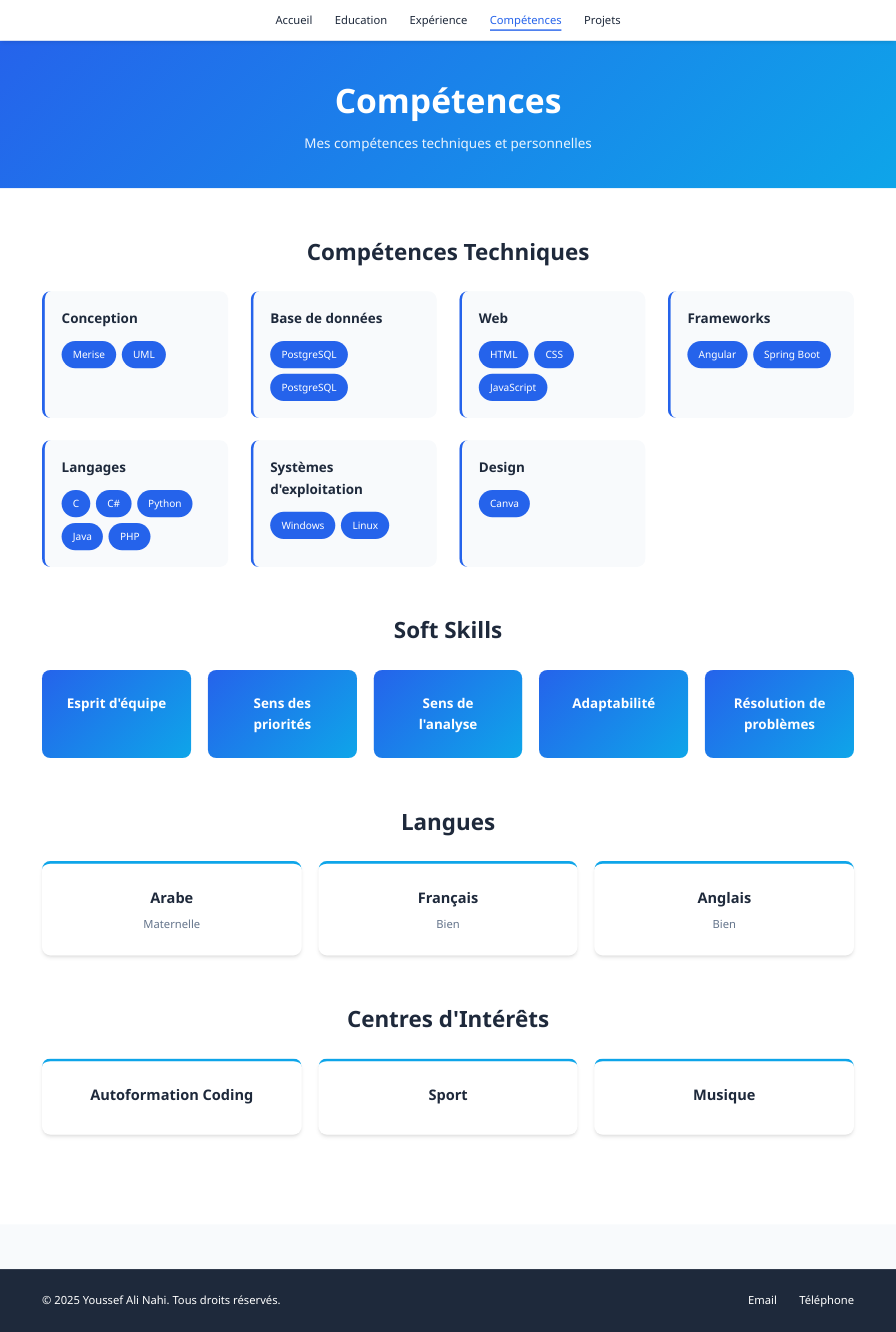
Repository: Youssef-Nahi504/My_Portfolio
Page: competences.html
The author's editor kept a copy of each file at every save. The page is drawn from the files as they stood at one save, then again after the next save.
The browser window is 1280 px wide. The pictures show the whole page, at 70% of full size.

Above is the page before, as saved 2025-12-19 16:15:22.

### competences.html
<!DOCTYPE html>
<html lang="fr">
<head>
    <meta charset="UTF-8">
    <meta name="viewport" content="width=device-width, initial-scale=1.0">
    <title>Compétences - Youssef Ali Nahi</title>
    <link rel="stylesheet" href="style.css">
</head>
<body>
    <nav class="navbar">
        <div class="nav-container">
            <ul class="nav-menu">
                <li><a href="index.html">Accueil</a></li>
                <li><a href="Education.html" >Education</a></li>
                <li><a href="experience.html">Expérience</a></li>
                <li><a href="competences.html" class="active">Compétences</a></li>
                <li><a href="projets.html">Projets</a></li>
            </ul>
            <div class="hamburger">
                <span></span>
                <span></span>
                <span></span>
            </div>
        </div>
    </nav>

    <main>
        <section class="page-header">
            <div class="container">
                <h1>Compétences</h1>
                <p>Mes compétences techniques et personnelles</p>
            </div>
        </section>

        <section class="skills-section">
            <div class="container">
                <div class="skills-category">
                    <h2 class="category-title">Compétences Techniques</h2>
                    <div class="skills-grid">
                        <div class="skill-group">
                            <h3>Conception</h3>
                            <div class="skill-tags">
                                <span class="skill-tag">Merise</span>
                                <span class="skill-tag">UML</span>
                            </div>
                        </div>
                        <div class="skill-group">
                            <h3>Base de données</h3>
                            <div class="skill-tags">
                                <span class="skill-tag">PostgreSQL</span>
                                <span class="skill-tag">PostgreSQL</span>
                            </div>
                        </div>
                        <div class="skill-group">
                            <h3>Web</h3>
                            <div class="skill-tags">
                                <span class="skill-tag">HTML</span>
                                <span class="skill-tag">CSS</span>
                                <span class="skill-tag">JavaScript</span>
                            </div>
                        </div>
                        <div class="skill-group">
                            <h3>Frameworks</h3>
                            <div class="skill-tags">
                                <span class="skill-tag">Angular</span>
                                <span class="skill-tag">Spring Boot</span>
                            </div>
                        </div>
                        <div class="skill-group">
                            <h3>Langages</h3>
                            <div class="skill-tags">
                                <span class="skill-tag">C</span>
                                <span class="skill-tag">C#</span>
                                <span class="skill-tag">Python</span>
                                <span class="skill-tag">Java</span>
                                <span class="skill-tag">PHP</span>
                            </div>
                        </div>
                        <div class="skill-group">
                            <h3>Systèmes d'exploitation</h3>
                            <div class="skill-tags">
                                <span class="skill-tag">Windows</span>
                                <span class="skill-tag">Linux</span>
                            </div>
                        </div>
                        <div class="skill-group">
                            <h3>Design</h3>
                            <div class="skill-tags">
                                <span class="skill-tag">Canva</span>
                            </div>
                        </div>
                    </div>
                </div>

                <div class="skills-category">
                    <h2 class="category-title">Soft Skills</h2>
                    <div class="soft-skills-grid">
                        <div class="soft-skill-card">
                            <h3>Esprit d'équipe</h3>
                        </div>
                        <div class="soft-skill-card">
                            <h3>Sens des priorités</h3>
                        </div>
                        <div class="soft-skill-card">
                            <h3>Sens de l'analyse</h3>
                        </div>
                        <div class="soft-skill-card">
                            <h3>Adaptabilité</h3>
                        </div>
                        <div class="soft-skill-card">
                            <h3>Résolution de problèmes</h3>
                        </div>
                    </div>
                </div>

                <div class="skills-category">
                    <h2 class="category-title">Langues</h2>
                    <div class="languages-grid">
                        <div class="language-card">
                            <h3>Arabe</h3>
                            <p>Maternelle</p>
                        </div>
                        <div class="language-card">
                            <h3>Français</h3>
                            <p>Bien</p>
                        </div>
                        <div class="language-card">
                            <h3>Anglais</h3>
                            <p>Bien</p>
                        </div>
                    </div>
                </div>

                <div class="skills-category">
                    <h2 class="category-title">Centres d'Intérêts</h2>
                    <div class="interests-grid">
                        <div class="interest-card">
                            <h3>Autoformation Coding</h3>
                        </div>
                        <div class="interest-card">
                            <h3>Sport</h3>
                        </div>
                        <div class="interest-card">
                            <h3>Musique</h3>
                        </div>
                    </div>
                </div>
            </div>
        </section>
    </main>

    <footer>
        <div class="container">
            <p>&copy; 2025 Youssef Ali Nahi. Tous droits réservés.</p>
            <div class="footer-links">
                <a href="mailto:nahiyoussef02@gmail.com">Email</a>
                <a href="tel:+212619303473">Téléphone</a>
            </div>
        </div>
    </footer>

    <script src="file.js"></script>
</body>
</html>

### style.css
* {
    margin: 0;
    padding: 0;
    box-sizing: border-box;
}

:root {
    --primary-color: #2563eb;
    --primary-dark: #1e40af;
    --secondary-color: #64748b;
    --accent-color: #0ea5e9;
    --text-dark: #1e293b;
    --text-light: #64748b;
    --bg-light: #f8fafc;
    --bg-white: #ffffff;
    --border-color: #e2e8f0;
    --shadow: 0 4px 6px -1px rgba(0, 0, 0, 0.1), 0 2px 4px -1px rgba(0, 0, 0, 0.06);
    --shadow-lg: 0 10px 15px -3px rgba(0, 0, 0, 0.1), 0 4px 6px -2px rgba(0, 0, 0, 0.05);
}

body {
    font-family: 'Segoe UI', Tahoma, Geneva, Verdana, sans-serif;
    line-height: 1.6;
    color: var(--text-dark);
    background-color: var(--bg-light);
}

.container {
    max-width: 1200px;
    margin: 0 auto;
    padding: 0 20px;
}

/* Navigation */
.navbar {
    background: var(--bg-white);
    box-shadow: var(--shadow);
    position: sticky;
    top: 0;
    z-index: 1000;
    padding: 1rem 0;
}

.nav-container {
    max-width: 1200px;
    margin: 0 auto;
    padding: 0 20px;
    display: flex;
  justify-content: center; /* horizontal */
  align-items: center;
}

.logo {
    font-size: 1.5rem;
    font-weight: bold;
    color: var(--primary-color);
    letter-spacing: 2px;
}

.nav-menu {
    display: flex;
    list-style: none;
    gap: 2rem;
}

.nav-menu a {
    text-decoration: none;
    color: var(--text-dark);
    font-weight: 500;
    transition: color 0.3s ease;
    position: relative;
}

.nav-menu a:hover,
.nav-menu a.active {
    color: var(--primary-color);
}

.nav-menu a.active::after {
    content: '';
    position: absolute;
    bottom: -5px;
    left: 0;
    width: 100%;
    height: 2px;
    background: var(--primary-color);
}

.hamburger {
    display: none;
    flex-direction: column;
    cursor: pointer;
    gap: 4px;
}

.hamburger span {
    width: 25px;
    height: 3px;
    background: var(--text-dark);
    transition: all 0.3s ease;
}

/* Hero Section */
.hero {
    background: linear-gradient(135deg, var(--primary-color) 0%, var(--accent-color) 100%);
    color: white;
    padding: 4rem 0;
    min-height: 80vh;
    display: flex;
    align-items: center;
}

.hero-content {
    max-width: 1200px;
    margin: 0 auto;
    padding: 0 20px;
    display: grid;
    grid-template-columns: 1fr 1fr;
    gap: 3rem;
    align-items: center;
}

.hero-text h1 {
    font-size: 3rem;
    margin-bottom: 0.5rem;
    font-weight: 700;
}

.hero-text h2 {
    font-size: 1.5rem;
    margin-bottom: 1.5rem;
    opacity: 0.9;
    font-weight: 400;
}

.hero-subtitle {
    font-size: 1.1rem;
    margin-bottom: 2rem;
    opacity: 0.95;
    line-height: 1.8;
}

.hero-buttons {
    display: flex;
    gap: 1rem;
    flex-wrap: wrap;
}

.btn {
    padding: 0.75rem 2rem;
    border-radius: 8px;
    text-decoration: none;
    font-weight: 600;
    transition: all 0.3s ease;
    display: inline-block;
}

.btn-primary {
    background: white;
    color: var(--primary-color);
}

.btn-primary:hover {
    transform: translateY(-2px);
    box-shadow: var(--shadow-lg);
}

.btn-secondary {
    background: transparent;
    color: white;
    border: 2px solid white;
}

.btn-secondary:hover {
    background: white;
    color: var(--primary-color);
}

.profile-card {
    background: rgba(255, 255, 255, 0.1);
    backdrop-filter: blur(10px);
    border-radius: 16px;
    padding: 2rem;
    border: 1px solid rgba(255, 255, 255, 0.2);
}

.profile-info p {
    margin-bottom: 1rem;
    font-size: 1rem;
}

.profile-info strong {
    display: inline-block;
    width: 140px;
}

/* About Section */
.about {
    padding: 4rem 0;
    background: var(--bg-white);
}

.section-title {
    font-size: 2.5rem;
    margin-bottom: 2rem;
    text-align: center;
    color: var(--text-dark);
}

.about-content {
    max-width: 800px;
    margin: 0 auto 3rem;
    text-align: center;
}

.about-content p {
    font-size: 1.1rem;
    color: var(--text-light);
    margin-bottom: 1.5rem;
    line-height: 1.8;
}

.quick-links {
    display: grid;
    grid-template-columns: repeat(auto-fit, minmax(250px, 1fr));
    gap: 2rem;
    margin-top: 3rem;
}

.quick-link-card {
    background: var(--bg-white);
    padding: 2rem;
    border-radius: 12px;
    text-decoration: none;
    color: var(--text-dark);
    box-shadow: var(--shadow);
    transition: all 0.3s ease;
    border: 2px solid transparent;
}

.quick-link-card:hover {
    transform: translateY(-5px);
    box-shadow: var(--shadow-lg);
    border-color: var(--primary-color);
}

.quick-link-card h3 {
    color: var(--primary-color);
    margin-bottom: 0.5rem;
    font-size: 1.5rem;
}

.quick-link-card p {
    color: var(--text-light);
}

/* Page Header */
.page-header {
    background: linear-gradient(135deg, var(--primary-color) 0%, var(--accent-color) 100%);
    color: white;
    padding: 3rem 0;
    text-align: center;
}

.page-header h1 {
    font-size: 3rem;
    margin-bottom: 0.5rem;
}

.page-header p {
    font-size: 1.2rem;
    opacity: 0.9;
}

/* Experience Section */
.experience-section {
    padding: 4rem 0;
    background: var(--bg-white);
}

.timeline {
    position: relative;
    max-width: 900px;
    margin: 0 auto;
    padding: 2rem 0;
}

.timeline::before {
    content: '';
    position: absolute;
    left: 30px;
    top: 0;
    bottom: 0;
    width: 2px;
    background: var(--border-color);
}

.timeline-item {
    position: relative;
    margin-bottom: 3rem;
    padding-left: 80px;
}

.timeline-marker {
    position: absolute;
    left: 22px;
    top: 0;
    width: 16px;
    height: 16px;
    border-radius: 50%;
    background: var(--primary-color);
    border: 4px solid var(--bg-white);
    box-shadow: var(--shadow);
}

.timeline-content {
    background: var(--bg-white);
    padding: 2rem;
    border-radius: 12px;
    box-shadow: var(--shadow);
    transition: all 0.3s ease;
}

.timeline-content:hover {
    box-shadow: var(--shadow-lg);
    transform: translateX(5px);
}

.timeline-date {
    color: var(--primary-color);
    font-weight: 600;
    margin-bottom: 0.5rem;
    font-size: 0.9rem;
}

.timeline-content h3 {
    color: var(--text-dark);
    margin-bottom: 0.25rem;
    font-size: 1.5rem;
}

.timeline-content h4 {
    color: var(--text-light);
    margin-bottom: 1rem;
    font-weight: 500;
}

.timeline-content ul {
    list-style: none;
    padding-left: 0;
}

.timeline-content li {
    padding-left: 1.5rem;
    position: relative;
    margin-bottom: 0.5rem;
    color: var(--text-light);
}

.timeline-content li::before {
    content: '▸';
    position: absolute;
    left: 0;
    color: var(--primary-color);
}

/* Education Section */
.education-section {
    padding: 4rem 0;
    background: var(--bg-light);
}

.education-grid {
    display: grid;
    grid-template-columns: repeat(auto-fit, minmax(300px, 1fr));
    gap: 2rem;
    max-width: 900px;
    margin: 0 auto;
}

.education-card {
    background: var(--bg-white);
    padding: 2rem;
    border-radius: 12px;
    box-shadow: var(--shadow);
    transition: all 0.3s ease;
    border-top: 4px solid var(--primary-color);
}

.education-card:hover {
    transform: translateY(-5px);
    box-shadow: var(--shadow-lg);
}

.education-year {
    color: var(--primary-color);
    font-weight: 600;
    margin-bottom: 1rem;
    font-size: 0.9rem;
}

.education-card h3 {
    color: var(--text-dark);
    margin-bottom: 0.5rem;
    font-size: 1.3rem;
}

.education-card h4 {
    color: var(--text-light);
    margin-bottom: 1rem;
    font-weight: 500;
}

.education-institution {
    color: var(--text-light);
    font-style: italic;
}

/* Skills Section */
.skills-section {
    padding: 4rem 0;
    background: var(--bg-white);
}

.skills-category {
    margin-bottom: 4rem;
}

.category-title {
    font-size: 2rem;
    margin-bottom: 2rem;
    color: var(--text-dark);
    text-align: center;
}

.skills-grid {
    display: grid;
    grid-template-columns: repeat(auto-fit, minmax(250px, 1fr));
    gap: 2rem;
}

.skill-group {
    background: var(--bg-light);
    padding: 1.5rem;
    border-radius: 12px;
    border-left: 4px solid var(--primary-color);
}

.skill-group h3 {
    color: var(--text-dark);
    margin-bottom: 1rem;
    font-size: 1.2rem;
}

.skill-tags {
    display: flex;
    flex-wrap: wrap;
    gap: 0.5rem;
}

.skill-tag {
    background: var(--primary-color);
    color: white;
    padding: 0.5rem 1rem;
    border-radius: 20px;
    font-size: 0.9rem;
    font-weight: 500;
}

.soft-skills-grid {
    display: grid;
    grid-template-columns: repeat(auto-fit, minmax(200px, 1fr));
    gap: 1.5rem;
}

.soft-skill-card {
    background: linear-gradient(135deg, var(--primary-color) 0%, var(--accent-color) 100%);
    color: white;
    padding: 2rem;
    border-radius: 12px;
    text-align: center;
    transition: all 0.3s ease;
}

.soft-skill-card:hover {
    transform: translateY(-5px);
    box-shadow: var(--shadow-lg);
}

.soft-skill-card h3 {
    font-size: 1.2rem;
}

.languages-grid,
.interests-grid {
    display: grid;
    grid-template-columns: repeat(auto-fit, minmax(200px, 1fr));
    gap: 1.5rem;
}

.language-card,
.interest-card {
    background: var(--bg-white);
    padding: 2rem;
    border-radius: 12px;
    box-shadow: var(--shadow);
    text-align: center;
    transition: all 0.3s ease;
    border-top: 4px solid var(--accent-color);
}

.language-card:hover,
.interest-card:hover {
    transform: translateY(-5px);
    box-shadow: var(--shadow-lg);
}

.language-card h3,
.interest-card h3 {
    color: var(--text-dark);
    margin-bottom: 0.5rem;
    font-size: 1.3rem;
}

.language-card p {
    color: var(--text-light);
    font-weight: 500;
}

/* Projects Section */
.projects-section {
    padding: 4rem 0;
    background: var(--bg-white);
}

.projects-grid {
    display: grid;
    grid-template-columns: repeat(auto-fit, minmax(300px, 1fr));
    gap: 2rem;
}

.project-card {
    background: var(--bg-white);
    padding: 2rem;
    border-radius: 12px;
    box-shadow: var(--shadow);
    transition: all 0.3s ease;
    border-top: 4px solid var(--primary-color);
}

.project-card:hover {
    transform: translateY(-5px);
    box-shadow: var(--shadow-lg);
}

.project-icon {
    font-size: 3rem;
    margin-bottom: 1rem;
}

.project-card h3 {
    color: var(--text-dark);
    margin-bottom: 0.75rem;
    font-size: 1.4rem;
}

.project-tech {
    color: var(--primary-color);
    font-weight: 600;
    margin-bottom: 1rem;
    font-size: 0.9rem;
}

.project-description {
    color: var(--text-light);
    line-height: 1.7;
}

/* Footer */
footer {
    background: var(--text-dark);
    color: white;
    padding: 2rem 0;
    margin-top: 4rem;
}

footer .container {
    display: flex;
    justify-content: space-between;
    align-items: center;
    flex-wrap: wrap;
    gap: 1rem;
}

.footer-links {
    display: flex;
    gap: 2rem;
}

.footer-links a {
    color: white;
    text-decoration: none;
    transition: color 0.3s ease;
}

.footer-links a:hover {
    color: var(--accent-color);
}

/* Responsive Design */
@media (max-width: 768px) {
    .hamburger {
        display: flex;
    }

    .nav-menu {
        position: fixed;
        left: -100%;
        top: 70px;
        flex-direction: column;
        background: var(--bg-white);
        width: 100%;
        text-align: center;
        transition: 0.3s;
        box-shadow: var(--shadow);
        padding: 2rem 0;
        gap: 0;
    }

    .nav-menu.active {
        left: 0;
    }

    .nav-menu li {
        margin: 1rem 0;
    }

    .hero-content {
        grid-template-columns: 1fr;
        text-align: center;
    }

    .hero-text h1 {
        font-size: 2rem;
    }

    .hero-text h2 {
        font-size: 1.2rem;
    }

    .section-title {
        font-size: 2rem;
    }

    .page-header h1 {
        font-size: 2rem;
    }

    .timeline::before {
        left: 15px;
    }

    .timeline-item {
        padding-left: 50px;
    }

    .timeline-marker {
        left: 7px;
    }

    .quick-links {
        grid-template-columns: 1fr;
    }

    footer .container {
        flex-direction: column;
        text-align: center;
    }
}

@media (max-width: 480px) {
    .hero {
        padding: 2rem 0;
        min-height: auto;
    }

    .hero-text h1 {
        font-size: 1.5rem;
    }

    .btn {
        padding: 0.6rem 1.5rem;
        font-size: 0.9rem;
    }

    .projects-grid,
    .education-grid {
        grid-template-columns: 1fr;
    }
}

### file.js
// Mobile Navigation Toggle
const hamburger = document.querySelector('.hamburger');
const navMenu = document.querySelector('.nav-menu');

if (hamburger && navMenu) {
    hamburger.addEventListener('click', () => {
        navMenu.classList.toggle('active');

        // Animate hamburger
        const spans = hamburger.querySelectorAll('span');
        if (navMenu.classList.contains('active')) {
            spans[0].style.transform = 'rotate(45deg) translate(5px, 5px)';
            spans[1].style.opacity = '0';
            spans[2].style.transform = 'rotate(-45deg) translate(7px, -6px)';
        } else {
            spans[0].style.transform = 'none';
            spans[1].style.opacity = '1';
            spans[2].style.transform = 'none';
        }
    });

    // Close menu when clicking on a link
    document.querySelectorAll('.nav-menu a').forEach(link => {
        link.addEventListener('click', () => {
            navMenu.classList.remove('active');
            const spans = hamburger.querySelectorAll('span');
            spans[0].style.transform = 'none';
            spans[1].style.opacity = '1';
            spans[2].style.transform = 'none';
        });
    });

    // Close menu when clicking outside
    document.addEventListener('click', (e) => {
        if (!hamburger.contains(e.target) && !navMenu.contains(e.target)) {
            navMenu.classList.remove('active');
            const spans = hamburger.querySelectorAll('span');
            spans[0].style.transform = 'none';
            spans[1].style.opacity = '1';
            spans[2].style.transform = 'none';
        }
    });
}

// Smooth scroll for anchor links
document.querySelectorAll('a[href^="#"]').forEach(anchor => {
    anchor.addEventListener('click', function (e) {
        e.preventDefault();
        const target = document.querySelector(this.getAttribute('href'));
        if (target) {
            target.scrollIntoView({
                behavior: 'smooth',
                block: 'start'
            });
        }
    });
});

// Add scroll animation
const observerOptions = {
    threshold: 0.1,
    rootMargin: '0px 0px -50px 0px'
};

const observer = new IntersectionObserver((entries) => {
    entries.forEach(entry => {
        if (entry.isIntersecting) {
            entry.target.style.opacity = '1';
            entry.target.style.transform = 'translateY(0)';
        }
    });
}, observerOptions);

// Observe elements for animation
document.addEventListener('DOMContentLoaded', () => {
    const animateElements = document.querySelectorAll('.project-card, .education-card, .timeline-item, .skill-group, .soft-skill-card, .language-card, .interest-card, .quick-link-card');

    animateElements.forEach(el => {
        el.style.opacity = '0';
        el.style.transform = 'translateY(20px)';
        el.style.transition = 'opacity 0.6s ease, transform 0.6s ease';
        observer.observe(el);
    });
});

// Add active page highlighting
document.addEventListener('DOMContentLoaded', () => {
    const currentPage = window.location.pathname.split('/').pop() || 'index.html';
    const navLinks = document.querySelectorAll('.nav-menu a');

    navLinks.forEach(link => {
        const linkPage = link.getAttribute('href');
        if (linkPage === currentPage || (currentPage === '' && linkPage === 'index.html')) {
            link.classList.add('active');
        } else {
            link.classList.remove('active');
        }
    });
});

After the next save:
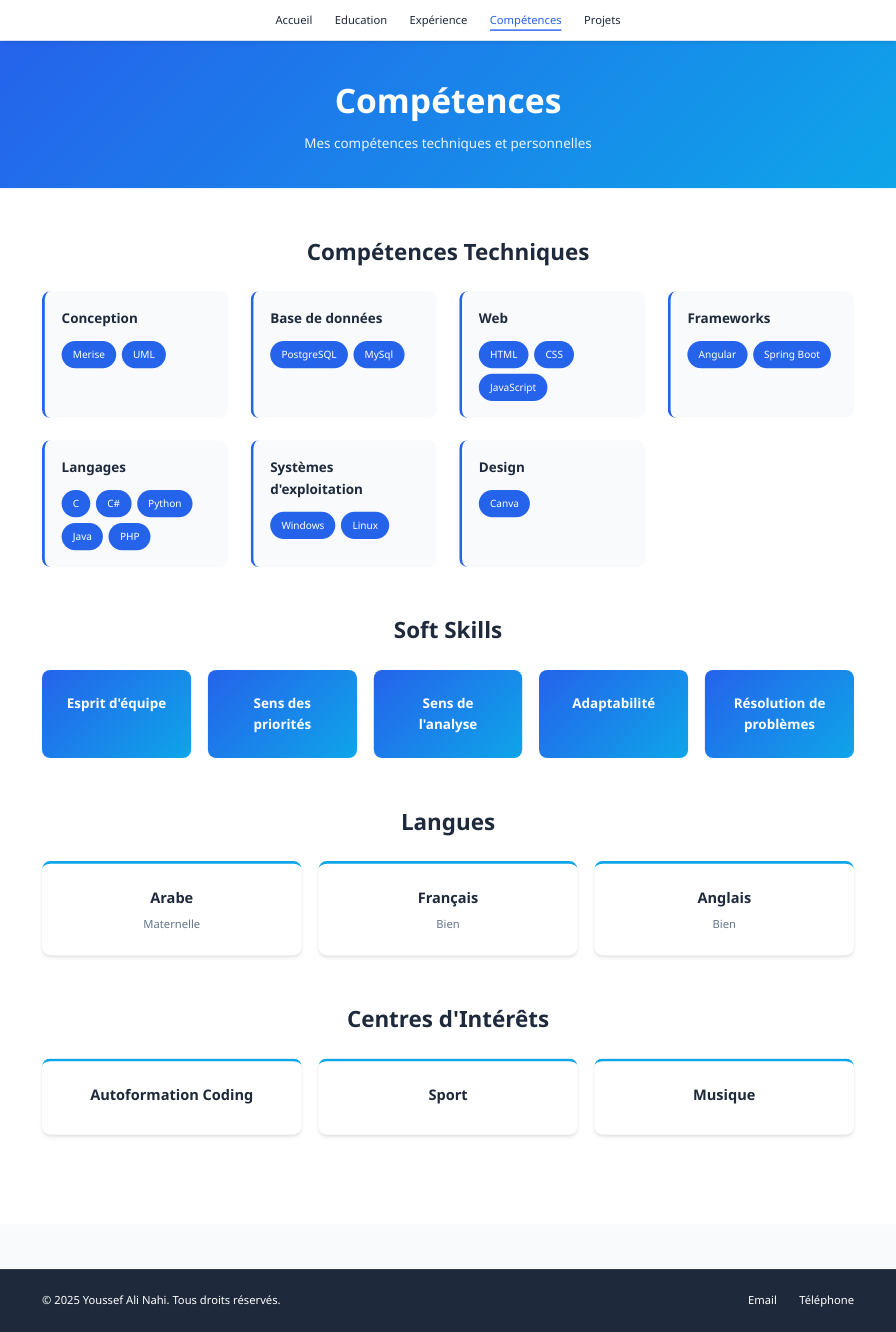
Saved 4 s later.
--- a/competences.html
+++ b/competences.html
@@ -48,7 +48,7 @@
                             <h3>Base de données</h3>
                             <div class="skill-tags">
                                 <span class="skill-tag">PostgreSQL</span>
-                                <span class="skill-tag">PostgreSQL</span>
+                                <span class="skill-tag">MySql</span>
                             </div>
                         </div>
                         <div class="skill-group">
